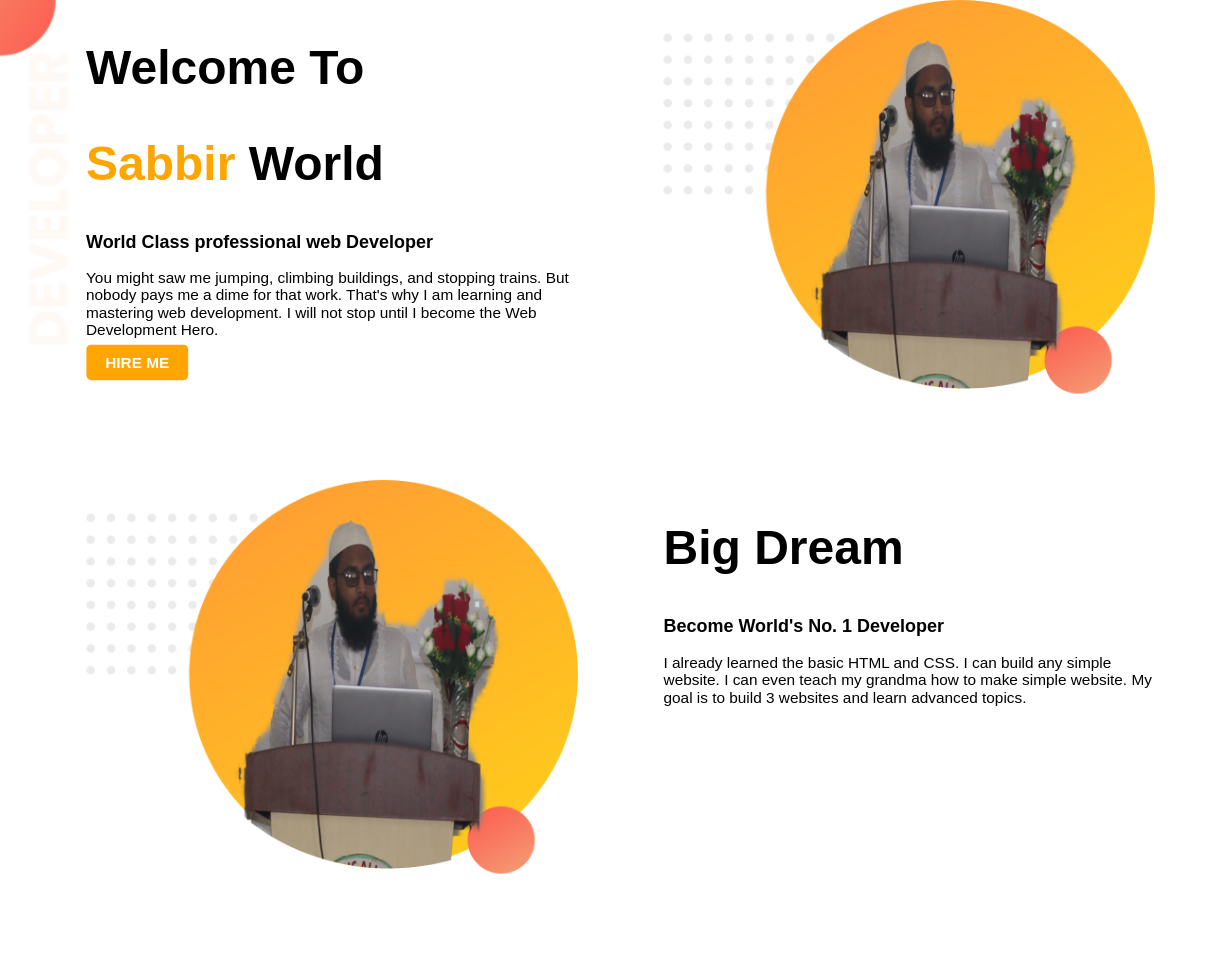
Repository: sabbircse3/web-protfolio
Page: index.html
These files come from the project's save history. The page is drawn as it stood at one moment and after a run of saves; the edit follows.
The browser window is 1280 px wide. The pictures show the whole page, at 96% of full size.

Above is the page before, as saved 2021-01-04 10:09:51.

### index.html
<!DOCTYPE html>
<html lang="en">
<head>
    <meta charset="UTF-8">
    <meta name="viewport" content="width=device-width, initial-scale=1.0">
    <title>Sabbir web-portfolio</title>
    <link rel="preconnect" href="https://fonts.gstatic.com">
    <link href="https://fonts.googleapis.com/css2?family=Montserrat&display=swap" rel="stylesheet">
    <link rel="stylesheet" href="style.css">
</head>
<body>
    <section class="top-banner">
        <div class="half-width">
            <h1>Welcome To</h1>
            <h1> <span class="name-highlight">Sabbir</span> World</h1>
            <h3>World Class professional web Developer</h3>
            <p>You might saw me jumping, climbing buildings, and stopping trains. But nobody pays me a dime for that work. That's why I am learning and mastering web development. I will not stop until I become the Web Development Hero.</p>
            <a class="link-button" target="_blank" href="https://www.linkedin.com/company/programminghero/">HIRE ME</a>
        </div>
        <div class="half-width">
            <img src="images/sabbir1.png" alt="">
        </div>
    </section>

    <section>
        <div class="half-width">
            <img src="images/sabbir1.png" alt="">
        </div>
        <div class="half-width">
            <h1> Big Dream</h1>
            <h3>Become World's No. 1 Developer</h3>
            <p>I already learned the basic HTML and CSS. I can build any simple website. I can even teach my grandma how to make simple website. My goal is to build 3 websites and learn advanced topics.</p>
        </div>

    </section>

</body>
</html>

### style.css
body{
    font-family: sans-serif;
    margin: 0px;
}
h1{
    font-size: 50px;
}
.name-highlight{
    color: orange;
}
.half-width{
    width: 40%;
    float: left;
    margin-left: 5%;
    padding-left: 2%;
}
.half-width img{
    width: 100%;
}
.top-banner{
    background-image: url("images/top-banner.png");
    background-repeat: no-repeat;
}
section{
    height: 500px;
}
.link-button{
    text-decoration: none;
    background-color: orange;
    padding: 10px 20px;
    border-radius: 5px;
    color: white;
    font-weight: 700;
}

After the next 2 saves:
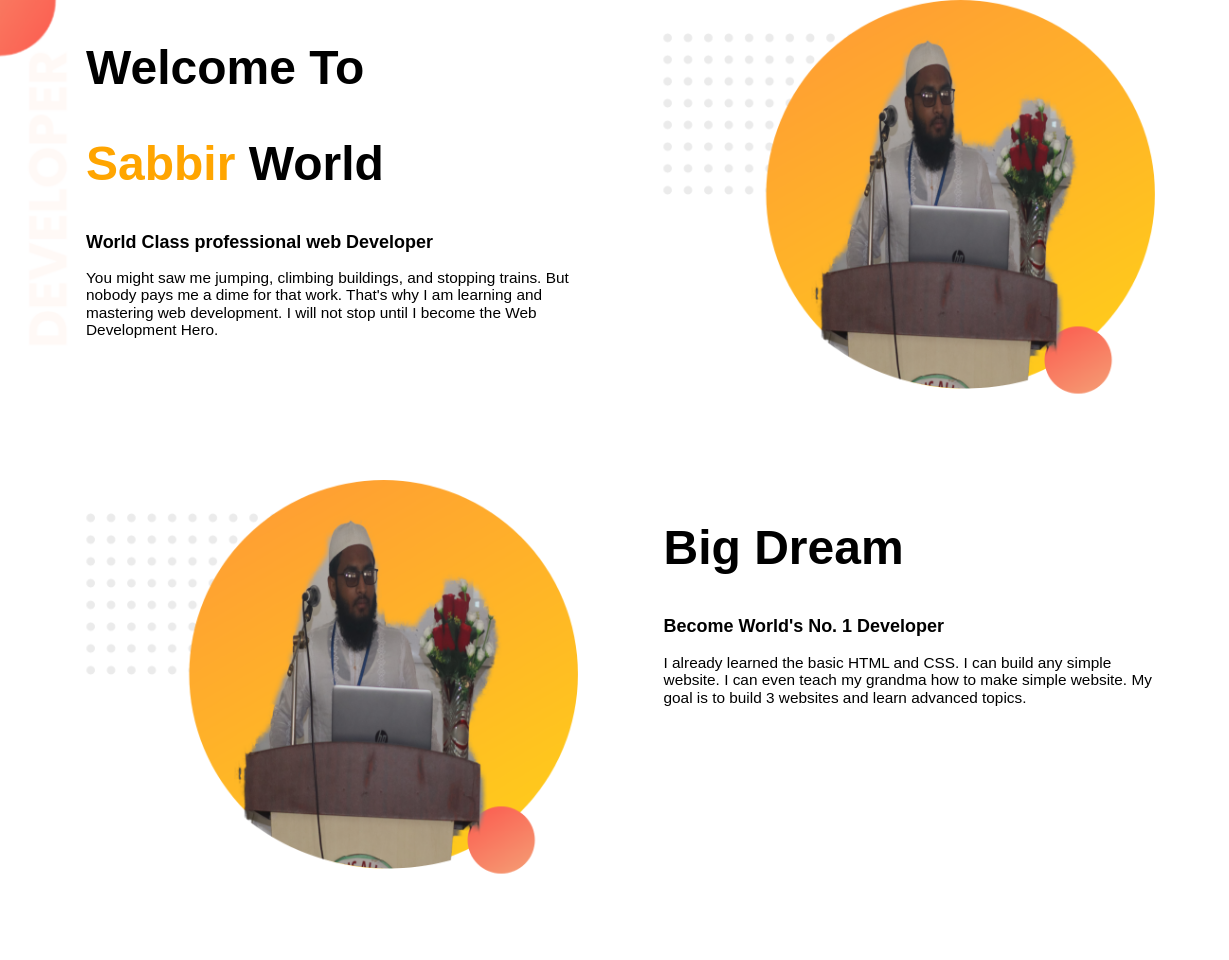
The 2 saves are shown as one change because they came seconds apart.
The last was saved 17 s later.
--- a/style.css
+++ b/style.css
@@ -26,7 +26,7 @@ section{
 }
 .link-button{
     text-decoration: none;
-    background-color: orange;
+    back
     padding: 10px 20px;
     border-radius: 5px;
     color: white;
